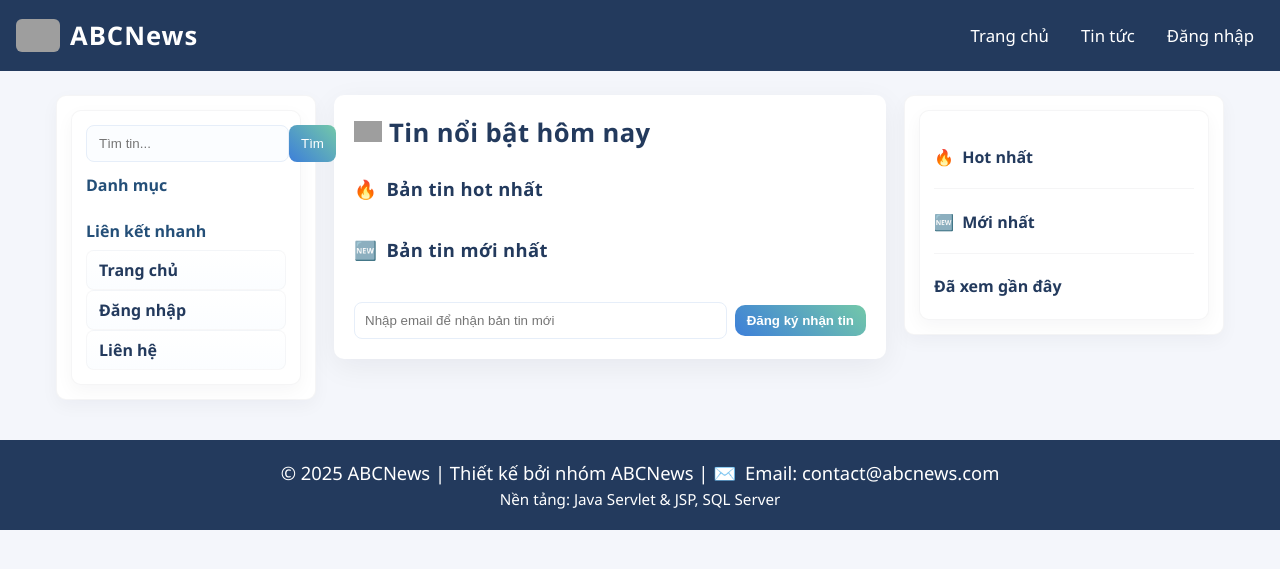
Repository: linhlinh113/ASM
Page: http://localhost/ABCNews/HomeServlet
The author's editor kept a copy of each file at every save. The page is drawn from the files as they stood at one save, then again after the next save.
The browser window is 1280 px wide. The pictures show the whole page.
Pictures or frames that could not be fetched are drawn as grey boxes. The page is served by Tomcat 10. Queries for data that is not in the repository find no rows.

Above is the page before, as saved 2025-10-17 10:27:58.

After the next save:
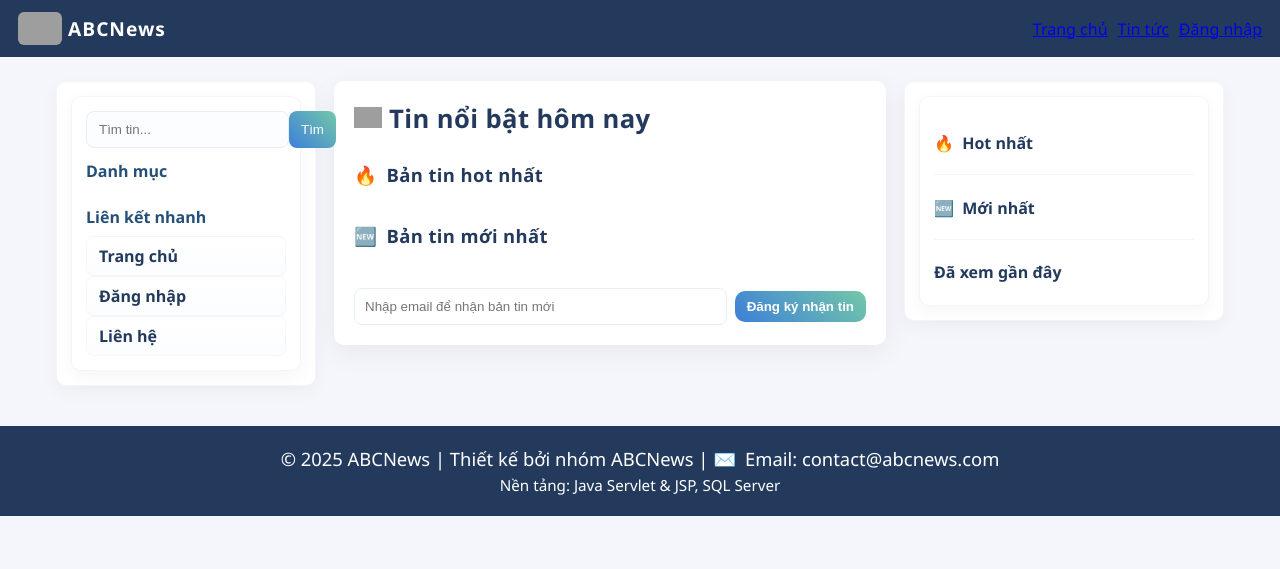
Saved 25 s later.
--- a/ABCNews/src/main/webapp/layout/header.jsp
+++ b/ABCNews/src/main/webapp/layout/header.jsp
@@ -1,43 +1,38 @@
 <%@ page contentType="text/html;charset=UTF-8" language="java" %>
 <%@ page import="com.abcnews.entity.User" %>
 <%@ taglib uri="http://java.sun.com/jsp/jstl/core" prefix="c" %>
-
 <%
     User user = (User) session.getAttribute("user");
 %>
-
 <c:set var="ctx" value="${pageContext.request.contextPath}" />
 
-<!-- Header chính -->
-<div class="header-bar" style="background:#233a5d;padding:16px;color:#fff;display:flex;align-items:center;justify-content:space-between;">
-    <div style="display:flex;align-items:center;">
-        <a href="${ctx}/HomeServlet" style="display:inline-flex;align-items:center;text-decoration:none;color:inherit;">
+<div class="header-bar" style="background:#233a5d;padding:12px 18px;color:#fff;display:flex;align-items:center;justify-content:space-between;">
+    <div style="display:flex;align-items:center;gap:12px;">
+        <a href="${ctx}/" style="display:inline-flex;align-items:center;text-decoration:none;color:inherit;">
             <img src="${ctx}/assets/img/newsicon.png" width="44" style="vertical-align:middle;border-radius:6px;" alt="ABCNews logo"/>
-            <span style="font-size:1.6rem;font-weight:700;margin-left:10px;letter-spacing:1px;">ABCNews</span>
+            <span style="font-size:1.2rem;font-weight:700;margin-left:6px;letter-spacing:1px;">ABCNews</span>
         </a>
     </div>
 
-    <div style="font-size:1.05rem;display:flex;align-items:center;gap:12px;">
-        <a href="${ctx}/" class="header-link" style="color:#fff;text-decoration:none;padding:8px 10px;border-radius:6px;">Trang chủ</a>
-        <a href="${ctx}/news-list" class="header-link" style="color:#fff;text-decoration:none;padding:8px 10px;border-radius:6px;">Tin tức</a>
+    <div style="display:flex;align-items:center;gap:10px;">
+        <a href="${ctx}/" class="header-link">Trang chủ</a>
+        <a href="${ctx}/NewsListServlet" class="header-link">Tin tức</a>
 
-        <!-- Nếu chưa đăng nhập thì show link Đăng nhập -->
         <c:if test="${empty user}">
-            <a href="${ctx}/login.jsp" class="header-link" style="color:#fff;text-decoration:none;padding:8px 10px;border-radius:6px;">Đăng nhập</a>
+            <a href="${ctx}/login.jsp" class="header-link">Đăng nhập</a>
         </c:if>
 
-        <!-- Nếu đã đăng nhập -->
         <c:if test="${not empty user}">
             <span style="display:flex;align-items:center;gap:8px;color:#fff;">
-                <span class="icon-user" aria-hidden="true" style="font-size:1.05rem;"></span>
-                Xin chào, <b style="color:#ffe500;margin-left:6px;">${user.fullname}</b>
+                <span class="icon-user" aria-hidden="true"></span>
+                Xin chào, <b style="color:#ffe500;margin-left:4px;">${user.fullname}</b>
             </span>
-            <a href="${ctx}/LogoutServlet" class="header-link" style="color:#fff;text-decoration:none;padding:8px 10px;border-radius:6px;">Đăng xuất</a>
+            <a href="${ctx}/LogoutServlet" class="header-link">Đăng xuất</a>
         </c:if>
     </div>
 </div>
 
-<!-- Xuất context path cho JS bên ngoài (nếu có) -->
 <script>
+    // global context path for external JS files
     window.APP_CTX = '${ctx}';
 </script>
